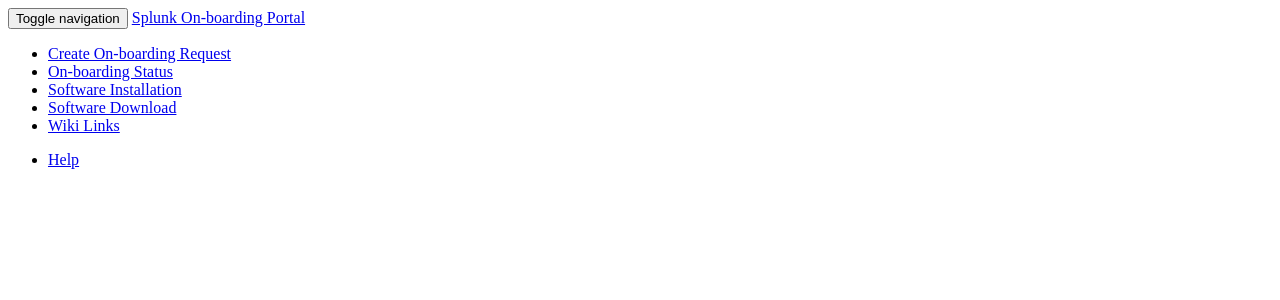
Repository: SumanpreetJhinjer/automationTosca
Page: JB_Workspace/SSINFRAP/WebContent/Header.html
The author's editor kept a copy of each file at every save. The page is drawn from the files as they stood at one save, then again after the next save.
The browser window is 1280 px wide. The pictures show the whole page.

Above is the page before, as saved 2019-02-05 22:38:42.

### JB_Workspace/SSINFRAP/WebContent/Header.html
<nav class="navbar navbar-inverse navbar-fixed-top ">
	<div class="container-fluid">
		<div class="navbar-header">
			<button type="button" data-target="#navbarCollapse"
				data-toggle="collapse" class="navbar-toggle">

				<span class="sr-only">Toggle navigation</span> <span
					class="icon-bar"></span> <span class="icon-bar"></span> <span
					class="icon-bar"></span>

			</button>
			<a class="navbar-brand" href="/SSINFRAP">Splunk On-boarding Portal</a>
		</div>
		<div id="navbarCollapse" class="collapse navbar-collapse">
			<ul class="nav navbar-nav">
				<li class="active"><a href="/SSINFRAP/vdiMachineRequest.html">Create On-boarding Request</a></li>
				<li class="active"><a href="/SSINFRAP/assignedStatus.html">On-boarding Status</a></li>

				<li class="active"><a href="/SSINFRAP/vdiSoftwareRequest.html">Software
						Installation</a></li>
				<li class="active"><a href="/SSINFRAP">Software Download</a></li>
				<li class="active"><a href="/SSINFRAP/infraWikiLinks.html">Wiki Links</a></li>


			</ul>
			<ul class="nav navbar-nav navbar-right">
				<li class="active"><a href="/SSINFRAP">Help<span class="glyphicon nav-glyphican glyphicon-info-sign"></span></a></li>
			</ul>
		</div>
	</div>
</nav>

After the next save:
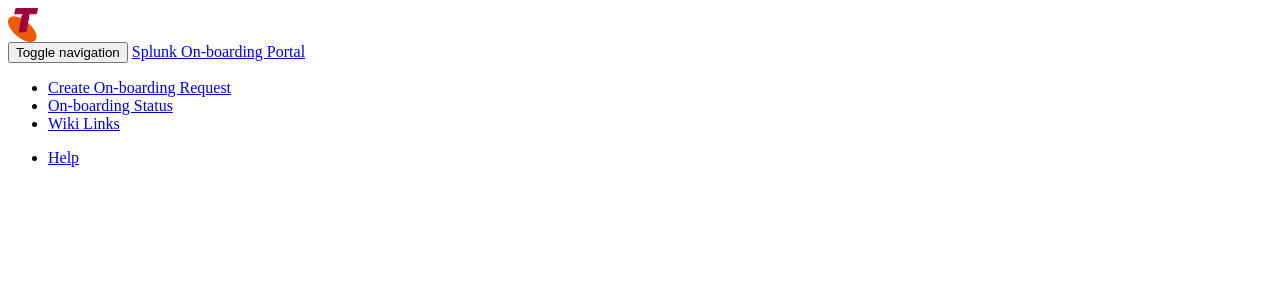
Saved 10 s later.
--- a/JB_Workspace/SSINFRAP/WebContent/Header.html
+++ b/JB_Workspace/SSINFRAP/WebContent/Header.html
@@ -1,5 +1,9 @@
+
 <nav class="navbar navbar-inverse navbar-fixed-top ">
 	<div class="container-fluid">
+	<div class="navbar-header">
+		<span class="logoTelstra"><img style="max-width:30px; margin-top: 0px;"
+             src="/SSENVP/TelstraLogo.png"></span></div>
 		<div class="navbar-header">
 			<button type="button" data-target="#navbarCollapse"
 				data-toggle="collapse" class="navbar-toggle">
@@ -9,23 +13,21 @@
 					class="icon-bar"></span>
 
 			</button>
-			<a class="navbar-brand" href="/SSINFRAP">Splunk On-boarding Portal</a>
+			<a class="navbar-brand" href="/SSENVP">Splunk On-boarding Portal</a>
 		</div>
 		<div id="navbarCollapse" class="collapse navbar-collapse">
 			<ul class="nav navbar-nav">
-				<li class="active"><a href="/SSINFRAP/vdiMachineRequest.html">Create On-boarding Request</a></li>
-				<li class="active"><a href="/SSINFRAP/assignedStatus.html">On-boarding Status</a></li>
+				<li class="active"><a href="/SSENVP/splunkonboarding.html">Create On-boarding Request</a></li>
+				<li class="active"><a href="/SSENVP/assignedStatus.html">On-boarding Status</a></li>
 
-				<li class="active"><a href="/SSINFRAP/vdiSoftwareRequest.html">Software
-						Installation</a></li>
-				<li class="active"><a href="/SSINFRAP">Software Download</a></li>
-				<li class="active"><a href="/SSINFRAP/infraWikiLinks.html">Wiki Links</a></li>
+				<li class="active"><a href="/SSENVP/infraWikiLinks.html">Wiki Links</a></li>
 
 
 			</ul>
 			<ul class="nav navbar-nav navbar-right">
-				<li class="active"><a href="/SSINFRAP">Help<span class="glyphicon nav-glyphican glyphicon-info-sign"></span></a></li>
+				<li class="active"><a href="/SSENVP">Help<span class="glyphicon nav-glyphican glyphicon-info-sign"></span></a></li>
 			</ul>
+
 		</div>
 	</div>
 </nav>
